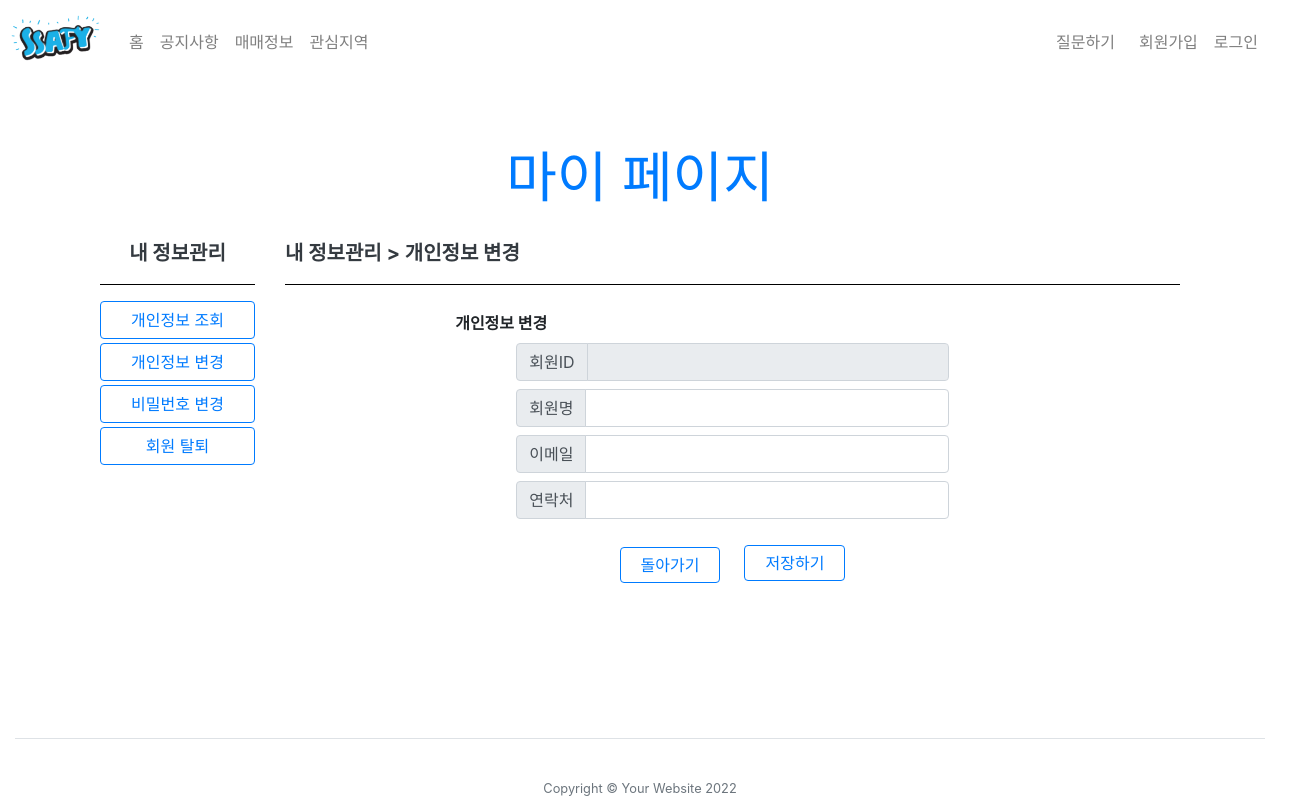
Repository: shinyoungjei/SSAFY_Final_PJT
Page: /user/mypage (app in front/)
An editor plug-in stored every save of this project. The page is shown before and after the next save, followed by the edit.
The browser window is 1280 px wide. The page is 1290 px wide, so the pictures cover 1290 px, including what lies to the right of the window. The pictures show the whole page.
The project was rebuilt for these pictures with package versions that can differ from the ones it lists, and the page was loaded fresh each time. Also part of the build but not shown: front/vue.config.js, front/src/views/HomeView.vue, front/src/views/AreaView.vue. Imported but missing from the stored project, and not drawn on this page: front/happyhouse/src/components/faq/QuestionChatItem.

Above is the page before, as saved 2022-05-25 20:45:55.

### front/src/main.js
import Vue from "vue";
import App from "./App.vue";
import router from "./router";
import store from "./store";
import { BootstrapVue, IconsPlugin } from "bootstrap-vue"; // boot strap 관련 설정
import "bootstrap/dist/css/bootstrap.css"; // Bootstrap an BootstrapVue CSS 파일 임포트
import "bootstrap-vue/dist/bootstrap-vue.css";
// BootstrapVue 플러그인 설치
Vue.use(BootstrapVue);
Vue.use(IconsPlugin);

Vue.config.productionTip = false;

new Vue({
  router,
  store,
  render: (h) => h(App),
}).$mount("#app");

### front/src/App.vue
<template>
  <div id="app">
    <Nav id="nav" />
    <!--<top-header></top-header>-->
    <router-view />
    <bottom />
  </div>
</template>

<script>
import Nav from "@/components/common/Nav.vue";
import Bottom from "@/components/common/Bottom.vue";
//import TopHeader from "@/components/common/Header.vue";

export default {
  components: {
    Nav,
    //TopHeader,
    Bottom,
  },
};
</script>

<style>
@import "@/assets/main.css";
#nav {
  padding: 5px;
}
</style>

### front/src/store/index.js
import Vue from "vue";
import Vuex from "vuex";
import createPersistedState from "vuex-persistedstate";

Vue.use(Vuex);

import qnaStore from "@/store/modules/qnaStore.js";
import userStore from "@/store/modules/userStore.js";
import aptStore from "@/store/modules/aptStore.js";
import noticeStore from "@/store/modules/noticeStore.js";

const store = new Vuex.Store({
  modules: {
    qnaStore,
    userStore,
    aptStore,
    noticeStore,
  },
  plugins: [
    createPersistedState({
      // 브라우저 종료시 제거하기 위해 localStorage가 아닌 sessionStorage로 변경. (default: localStorage)
      storage: sessionStorage,
    }),
  ],
});

export default store;

### front/src/assets/main.css
a {
  text-decoration: none;
  color: #787878;
}
input,
textarea,
.view {
  width: 100%;
  padding: 12px 20px;
  margin: 8px 0;
  display: inline-block;
  border: 1px solid #ccc;
  border-radius: 4px;
  box-sizing: border-box;
  color: #787878;
  font-size: medium;
}

.regist {
  padding: 10px;
}
.regist_form {
  border-radius: 5px;
  background-color: #f2f2f2;
  padding: 20px;
}

### front/src/components/common/Nav.vue
<template>
  <b-navbar toggleable="lg" class="nav" type="light" variant="alert-primary">
    <b-navbar-brand href="#">
      <router-link to="/">
        <img
          src="@/assets/ssafy_logo.png"
          class="d-inline-block align-middle"
          width="100px"
          alt="ssafy"
        />
      </router-link>
    </b-navbar-brand>

    <b-navbar-toggle target="nav-collapse"></b-navbar-toggle>

    <b-collapse id="nav-collapse" is-nav>
      <b-navbar-nav>
        <b-nav-item to="/">홈</b-nav-item>
        <b-nav-item to="/notice">공지사항</b-nav-item>
        <b-nav-item to="/aptDeal">매매정보</b-nav-item>
        <b-nav-item to="/area">관심지역</b-nav-item>
      </b-navbar-nav>
    </b-collapse>

    <b-navbar-nav>
      <b-row class="mr-2">
        <b-col>
          <b-nav-item to="/question">질문하기</b-nav-item>
        </b-col>
      </b-row>
      <b-row v-if="loginUserInfo.id">
        <b-nav-item @click="logout"> 로그아웃 </b-nav-item>
        <b-nav-item :to="{ name: `testmypage` }" class="mr-4">
          마이페이지
        </b-nav-item>
      </b-row>
      <b-row v-else>
        <b-nav-item :to="{ name: 'regist' }">회원가입</b-nav-item>
        <b-nav-item :to="{ name: 'login' }" class="mr-4">로그인</b-nav-item>
      </b-row>
    </b-navbar-nav>
  </b-navbar>
</template>

<script>
import { mapState } from "vuex";
const userStore = "userStore";

export default {
  computed: {
    ...mapState(userStore, ["loginUserInfo"]),
  },

  methods: {
    logout() {
      this.$store.commit("userStore/LOGOUT");
    },
  },
};
</script>

<style></style>

### front/src/components/common/Bottom.vue
<template>
  <b-container fluid>
    <!--
    <b-row>
      <b-col cols="3" />
      <b-col cols="1" id="ct">
        <div style="height: 60px"></div>
      </b-col>
      <b-col class="ml-3" style="text-align: left; padding-left: 100px">
        <div style="height: 60px"></div>
        <span class="text-white"
          >본 사이트의 콘텐츠는 저작권법의 보호를 받는 바 무단 전재, 복사, 배포
          등을 금합니다.</span
        ><br />
        <h4 class="mt-1 text-white">SS House . 02-7412-1945</h4>
        <span style="font-weight: bold; font-size: 20px" class="text-white"
          >제작</span
        >
        <ul>
          <li style="font-weight: bold" class="text-white">신현국</li>
          <li style="font-weight: bold" class="text-white">신영제</li>
        </ul>
      </b-col>
    </b-row>
    <div style="text-align: center; opacity: 70%" class="text-white">
      Copyright@ShinDuo. All rights reserved
    </div> -->
    <!-- Footer-->
    <footer class="border-top">
      <div class="container px-4 px-lg-5">
        <div class="row gx-4 gx-lg-5 justify-content-center">
          <div class="col-md-10 col-lg-8 col-xl-7">
            <ul class="list-inline text-center">
              <li class="list-inline-item">
                <a href="#!">
                  <span class="fa-stack fa-lg">
                    <i class="fas fa-circle fa-stack-2x"></i>
                    <i class="fab fa-twitter fa-stack-1x fa-inverse"></i>
                  </span>
                </a>
              </li>
              <li class="list-inline-item">
                <a href="#!">
                  <span class="fa-stack fa-lg">
                    <i class="fas fa-circle fa-stack-2x"></i>
                    <i class="fab fa-facebook-f fa-stack-1x fa-inverse"></i>
                  </span>
                </a>
              </li>
              <li class="list-inline-item">
                <a href="#!">
                  <span class="fa-stack fa-lg">
                    <i class="fas fa-circle fa-stack-2x"></i>
                    <i class="fab fa-github fa-stack-1x fa-inverse"></i>
                  </span>
                </a>
              </li>
            </ul>
            <div class="small text-center text-muted fst-italic">
              Copyright &copy; Your Website 2022
            </div>
          </div>
        </div>
      </div>
    </footer>
  </b-container>
</template>

<script>
export default {};
</script>

<style scoped>
#bot {
  background-color: rgb(83, 84, 85);
  height: 280px;
  font-family: Avenir, Helvetica, Arial, sans-serif;
}

#ct {
  text-align: left;
}
</style>

### front/src/views/UserView.vue
<template>
  <b-container>
    <router-view></router-view>
  </b-container>
</template>

<script>
export default {};
</script>

<style></style>

### front/src/components/user/UserMyPage.vue
<template>
  <b-container v-if="loginUserInfo">
    <div style="height: 60px"></div>
    <b-row style="text-align: center">
      <b-col class="text-primary font-weight-bold">
        <h1 style="font-size: 55px">마이 페이지</h1>
      </b-col>
    </b-row>
    <div style="height: 20px"></div>
    <div style="height: 500px">
      <b-row>
        <!-- 좌측 목록 -->
        <b-col cols="2 text-center">
          <div
            class="text-center text-dark font-weight-bold"
            style="font-size: 20px"
          >
            내 정보관리
          </div>
          <hr style="background-color: black" />
          <div>
            <b-button
              @click="mvView"
              style="width: 100%"
              variant="outline-primary"
            >
              개인정보 조회
            </b-button>
          </div>
          <div>
            <b-button
              @click="mvModify"
              style="width: 100%"
              variant="outline-primary"
              class="mt-1"
            >
              개인정보 변경
            </b-button>
          </div>
          <div>
            <b-button
              @click="mvChange"
              style="width: 100%"
              variant="outline-primary"
              class="mt-1"
            >
              비밀번호 변경
            </b-button>
          </div>
          <div>
            <b-button
              @click="mvDelete"
              style="width: 100%"
              variant="outline-primary"
              class="mt-1"
            >
              회원 탈퇴
            </b-button>
          </div>
        </b-col>
        <b-col cols="10 text-center">
          <!--좌측 목룍 종료-->
          <!--개인정보 조회 목록-->
          <template v-if="mode === `view`">
            <b-row>
              <b-col>
                <div
                  class="text-left text-dark font-weight-bold"
                  style="font-size: 20px"
                >
                  내 정보관리 > 개인정보 조회
                </div>
                <hr style="background-color: black" />
                <div style="height: 10px"></div>
              </b-col>
            </b-row>
            <b-row>
              <b-col cols="3"></b-col>
              <b-col cols="2" class="font-weight-bold"> 개인정보 조회</b-col>
              <b-col></b-col>
            </b-row>
            <b-row>
              <b-col cols="3"></b-col>
              <b-col>
                <b-input-group class="mt-2">
                  <b-input-group-prepend is-text>
                    회원ID
                  </b-input-group-prepend>
                  <b-form-input
                    class="text-center"
                    readonly
                    v-model="loginUserInfo.id"
                  />
                </b-input-group>
              </b-col>
              <b-col cols="3"></b-col>
            </b-row>

            <b-row>
              <b-col cols="3"></b-col>
              <b-col>
                <b-input-group class="mt-2">
                  <b-input-group-prepend is-text>
                    회원명
                  </b-input-group-prepend>
                  <b-form-input
                    class="text-center"
                    readonly
                    v-model="loginUserInfo.name"
                  />
                </b-input-group>
              </b-col>
              <b-col cols="3"></b-col>
            </b-row>
            <b-row>
              <b-col cols="3"></b-col>
              <b-col>
                <b-input-group class="mt-2">
                  <b-input-group-prepend is-text>
                    이메일
                  </b-input-group-prepend>
                  <b-form-input
                    class="text-center"
                    readonly
                    v-model="loginUserInfo.email"
                  />
                </b-input-group>
              </b-col>
              <b-col cols="3"></b-col>
            </b-row>
            <b-row>
              <b-col cols="3"></b-col>
              <b-col>
                <b-input-group class="mt-2">
                  <b-input-group-prepend is-text>
                    연락처
                  </b-input-group-prepend>
                  <b-form-input
                    class="text-center"
                    readonly
                    v-model="loginUserInfo.contact"
                  />
                </b-input-group>
              </b-col>
              <b-col cols="3"></b-col>
            </b-row>
            <b-row class="mt-4">
              <b-col></b-col>
              <b-col>
                <b-button
                  @click="main"
                  style="padding: 5px 20px"
                  variant="outline-primary"
                  class="mt-1"
                >
                  돌아가기
                </b-button>
              </b-col>
              <b-col> </b-col>
            </b-row>
          </template>
          <!--개인정보 조회 목록 종료-->
          <!--개인정보 수정 목록-->
          <template v-if="mode === `mvModify`">
            <b-row>
              <b-col>
                <div
                  class="text-left text-dark font-weight-bold"
                  style="font-size: 20px"
                >
                  내 정보관리 > 개인정보 변경
                </div>
                <hr style="background-color: black" />
                <div style="height: 10px"></div>
              </b-col>
            </b-row>
            <b-row>
              <b-col cols="2"></b-col>
              <b-col cols="2" class="font-weight-bold"> 개인정보 변경</b-col>
              <b-col></b-col>
            </b-row>

            <b-row>
              <b-col cols="3"></b-col>
              <b-col>
                <b-input-group class="mt-2">
                  <b-input-group-prepend is-text>
                    회원ID
                  </b-input-group-prepend>
                  <b-form-input
                    class="text-center"
                    readonly
                    v-model="loginUserInfo.id"
                  />
                </b-input-group>
              </b-col>
              <b-col cols="3"></b-col>
            </b-row>

            <b-row>
              <b-col cols="3"></b-col>
              <b-col>
                <b-input-group class="mt-2">
                  <b-input-group-prepend is-text>
                    회원명
                  </b-input-group-prepend>
                  <b-form-input
                    class="text-center"
                    v-model="loginUserInfo.name"
                  />
                </b-input-group>
              </b-col>
              <b-col cols="3"></b-col>
            </b-row>

            <b-row>
              <b-col cols="3"></b-col>
              <b-col>
                <b-input-group class="mt-2">
                  <b-input-group-prepend is-text>
                    이메일
                  </b-input-group-prepend>
                  <b-form-input
                    class="text-center"
                    v-model="loginUserInfo.email"
                  />
                </b-input-group>
              </b-col>
              <b-col cols="3"></b-col>
            </b-row>

            <b-row>
              <b-col cols="3"></b-col>
              <b-col>
                <b-input-group class="mt-2">
                  <b-input-group-prepend is-text>
                    연락처
                  </b-input-group-prepend>
                  <b-form-input
                    class="text-center"
                    v-model="loginUserInfo.contact"
                  />
                </b-input-group>
              </b-col>
              <b-col cols="3"></b-col>
            </b-row>

            <b-row class="mt-4">
              <b-col></b-col>
              <b-col>
                <b-button
                  @click="main"
                  style="padding: 5px 20px"
                  variant="outline-primary"
                  class="mt-1"
                >
                  돌아가기
                </b-button>
                <b-button
                  @click="userModify"
                  style="padding: 5px 20px"
                  variant="outline-primary"
                  class="ml-4"
                >
                  저장하기
                </b-button>
              </b-col>
              <b-col> </b-col>
            </b-row>
          </template>
          <!--개인정보 수정 목록 종료-->
          <!--비밀번호 변경-->
          <template v-if="mode === `mvChange`">
            <b-row>
              <b-col>
                <div
                  class="text-left text-dark font-weight-bold"
                  style="font-size: 20px"
                >
                  내 정보관리 > 비밀번호 변경
                </div>
                <hr style="background-color: black" />
                <div style="height: 10px"></div>
              </b-col>
            </b-row>
            <b-row>
              <b-col cols="2"></b-col>
              <b-col cols="2" class="font-weight-bold"> 비밀번호 변경</b-col>
              <b-col></b-col>
            </b-row>

            <b-row>
              <b-col cols="2"></b-col>
              <b-col>
                <b-input-group class="mt-2">
                  <b-input-group-prepend is-text>
                    현재 비밀번호
                  </b-input-group-prepend>
                  <b-form-input
                    type="password"
                    class="text-center"
                    v-model="loginUserInfo.pass"
                  />
                </b-input-group>
              </b-col>
              <b-col cols="2"></b-col>
            </b-row>

            <b-row>
              <b-col cols="2"></b-col>
              <b-col>
                <b-input-group class="mt-2">
                  <b-input-group-prepend is-text>
                    변경 비밀번호
                  </b-input-group-prepend>
                  <b-form-input
                    type="password"
                    class="text-center"
                    v-model="loginUserInfo.pass"
                  />
                </b-input-group>
              </b-col>
              <b-col cols="2"></b-col>
            </b-row>

            <b-row>
              <b-col cols="2"></b-col>
              <b-col>
                <b-input-group class="mt-2">
                  <b-input-group-prepend is-text>
                    비밀번호 확인
                  </b-input-group-prepend>
                  <b-form-input
                    type="password"
                    class="text-center"
                    v-model="loginUserInfo.pass"
                  />
                </b-input-group>
              </b-col>
              <b-col cols="2"></b-col>
            </b-row>

            <b-row class="mt-4">
              <b-col></b-col>
              <b-col>
                <b-button
                  @click="main"
                  style="padding: 5px 20px"
                  variant="outline-primary"
                >
                  돌아가기
                </b-button>
                <b-button
                  style="padding: 5px 20px"
                  variant="outline-primary"
                  class="ml-4"
                >
                  저장하기
                </b-button>
              </b-col>
              <b-col> </b-col>
            </b-row>
          </template>
          <!--비밀번호 변경 종료-->
          <!--회원탈퇴-->

          <template v-if="mode === `mvDelete`">
            <b-row>
              <b-col>
                <div
                  class="text-left text-dark font-weight-bold"
                  style="font-size: 20px"
                >
                  내 정보관리 > 회원탈퇴
                </div>
                <hr style="background-color: black" />
                <div style="height: 10px"></div>
              </b-col>
            </b-row>
            <b-row>
              <b-col cols="2"></b-col>
              <b-col cols="2" class="font-weight-bold"> 회원 탈퇴</b-col>
              <b-col></b-col>
            </b-row>
            <b-row>
              <b-col cols="2"></b-col>
              <b-col>
                <b-input-group class="mt-2">
                  <b-input-group-prepend is-text>
                    비밀번호 입력
                  </b-input-group-prepend>
                  <b-form-input
                    type="text"
                    class="text-center"
                    v-model="loginUserInfo.pass"
                  />
                </b-input-group>
              </b-col>
              <b-col cols="2"></b-col>
            </b-row>
            <b-row class="mt-4">
              <b-col></b-col>
              <b-col>
                <b-button
                  @click="main"
                  style="padding: 5px 20px"
                  variant="outline-primary"
                >
                  돌아가기
                </b-button>
                <b-button
                  @click="userDelete"
                  style="padding: 5px 20px"
                  variant="outline-primary"
                  class="ml-4"
                >
                  탈퇴하기
                </b-button>
              </b-col>
              <b-col> </b-col>
            </b-row>
          </template>
          <!--회원탈퇴종료-->
        </b-col>
      </b-row>
    </div>
  </b-container>
</template>

<script>
import { mapActions, mapState } from "vuex";

const userStore = "userStore";

export default {
  data() {
    return {
      mode: "mvModify",
      user: {
        id: "",
        name: "",
        email: "",
        contact: "",
      },
    };
  },

  component: {},
  computed: {
    ...mapState(userStore, ["loginUserInfo"]),
  },

  methods: {
    ...mapActions(userStore, ["doModifyUser", "doDeleteUser"]),
    // 메인 이동
    main() {
      this.$router.push("/");
    },
    // 중간창 이동.
    mvView() {
      this.mode = "view";
    },
    mvModify() {
      this.mode = "mvModify";
    },
    mvChange() {
      this.mode = "mvChange";
    },
    mvDelete() {
      this.mode = "mvDelete";
    },
    // 수정하기
    userModify() {
      let user = {
        id: this.loginUserInfo.id,
        name: this.loginUserInfo.name,
        pass: this.loginUserInfo.pass,
        email: this.loginUserInfo.email,
        contact: this.loginUserInfo.contact,
      };
      this.doModifyUser(user);
      this.$router.push("/");
    },

    //탈퇴하기
    userDelete() {
      if (confirm("회원탈퇴성공")) {
        this.doDeleteUser(this.loginUserInfo.name);
        this.$store.commit("userStore/LOGOUT");
        this.$router.push("/");
      }
    },
  },
};
</script>

<style></style>

### front/src/api/user.js
import { axiosInstance } from "@/api";

const axios = axiosInstance();

// 로그인
async function doLoginAPI(user, success, fail) {
  await axios
    .post("/user/login", JSON.stringify(user))
    .then(success)
    .catch(fail);
}

// 회원가입
function doRegistAPI(user, success, fail) {
  axios.post("/user/regist", JSON.stringify(user)).then(success).catch(fail);
}

// 회원정보수정
function doModifyUserAPI(user, success, fail) {
  axios.put("/user/modify", JSON.stringify(user)).then(success).catch(fail);
}

// 회원탈퇴
function doDeleteUserAPI(userId, success, fail) {
  axios.delete(`/user/delete/${userId}`).then(success).catch(fail);
}
export { doLoginAPI, doRegistAPI, doModifyUserAPI, doDeleteUserAPI };

### front/src/api/commercialInfo.js
import { axiosInstance } from "@/api";

const axios = axiosInstance();

function setConvenienceStorePositionsAPI(dongCode, success, fail) {
  axios
    .get(`/commercialinfo/conveniencestore/${dongCode}`)
    .then(success)
    .catch(fail);
}

async function setConvenienceStoreDistanceAPI(aptInfo, success, fail) {
  await axios
    .patch(`/commercialinfo/conveniencestore/distance`, JSON.stringify(aptInfo))
    .then(success)
    .catch(fail);
}

export { setConvenienceStorePositionsAPI, setConvenienceStoreDistanceAPI };

### front/src/api/index.js
import axios from "axios";
import { API_BASE_URL } from "@/config";

// axios 객체 생성
function axiosInstance() {
  const instance = axios.create({
    baseURL: API_BASE_URL,
    headers: {
      "Access-Control-Allow-Origin": "*",
      "Content-type": "application/json",
    },
  });

  instance.interceptors.request.use(
    (config) => {
      // console.log(config);
      //서버에 요청 보낼 헤더에 토큰 정보 추가
      config.headers["access-token"] = sessionStorage.getItem("access-token");
      //config.headers["Content-type"] = "application/json";
      return config;
    },
    (error) => {
      return Promise.reject(error);
    }
  );

  return instance;
}

export { axiosInstance };

### front/src/config/index.js
const API_BASE_URL = "http://localhost:8081/happyhouse";
export { API_BASE_URL };

Loaded but not shown: front/public/index.html (common file); front/src/store/modules/aptStore.js (220 lines, source omitted); front/src/store/modules/qnaStore.js (227 lines, source omitted); front/src/router/index.js (130 lines, source omitted); front/src/store/modules/noticeStore.js (113 lines, source omitted); front/src/store/modules/userStore.js (92 lines, source omitted); front/src/api/qna.js (75 lines, source omitted); front/src/api/apt.js (54 lines, source omitted); front/src/api/notice.js (48 lines, source omitted)

After the next save:
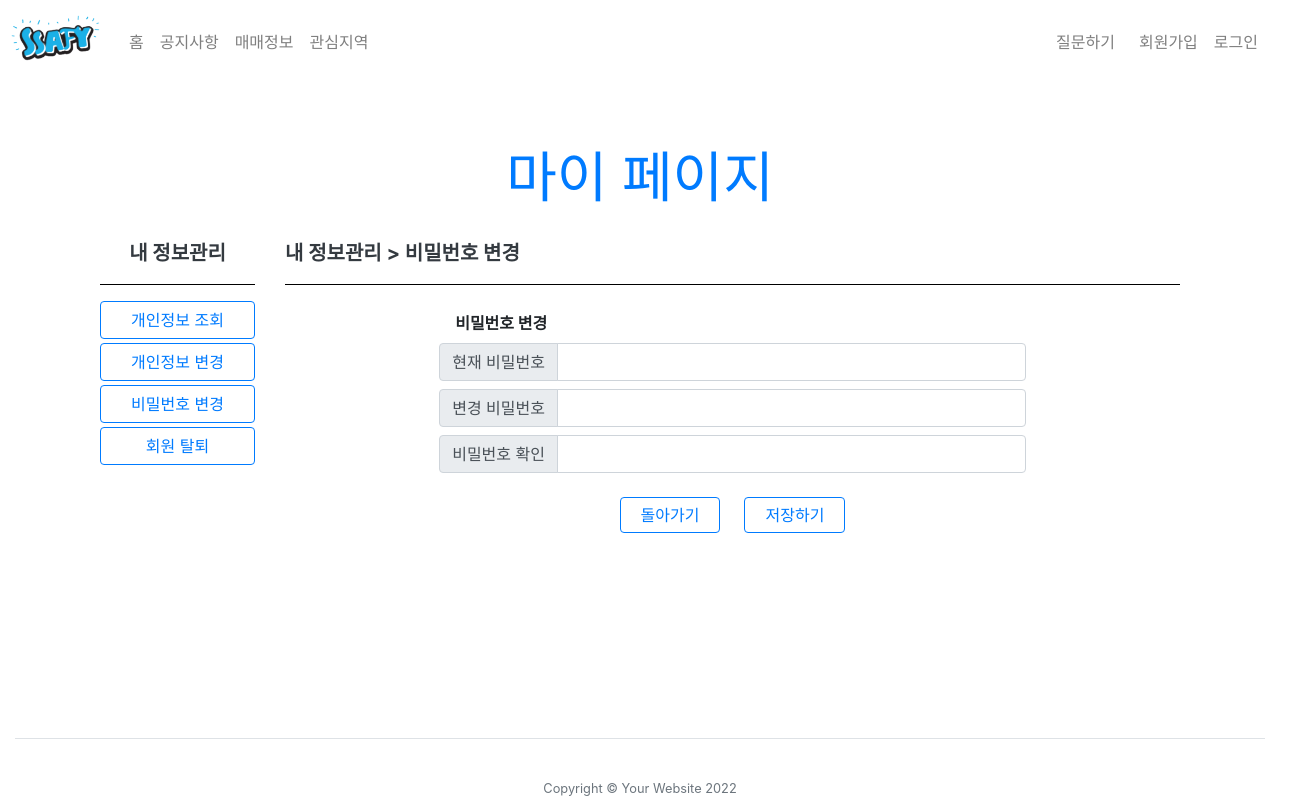
Saved 16 s later.
--- a/front/src/components/user/UserMyPage.vue
+++ b/front/src/components/user/UserMyPage.vue
@@ -435,7 +435,7 @@ const userStore = "userStore";
 export default {
   data() {
     return {
-      mode: "mvModify",
+      mode: "mvChange",
       user: {
         id: "",
         name: "",
